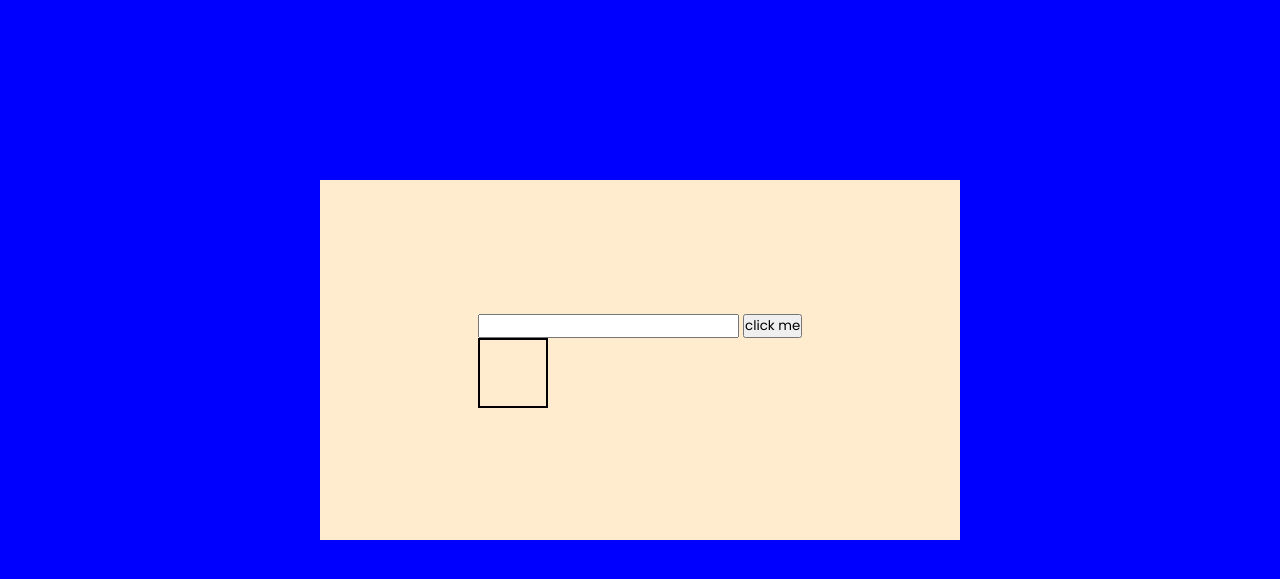
Repository: NarekTovmasyan/promise
Page: inex.html
These files come from the project's save history. The page is drawn as it stood at one moment and after the next save; the edit follows.
The browser window is 1280 px wide. The pictures show the whole page.

Above is the page before, as saved 2022-02-21 20:35:44.

### inex.html
<!DOCTYPE html>
<html lang="en">

<head>
    <meta charset="UTF-8">
    <meta http-equiv="X-UA-Compatible" content="IE=edge">
    <meta name="viewport" content="width=device-width, initial-scale=1.0">
    <title>Document</title>
    <link rel="stylesheet" href="./style.css">
</head>

<body>
    <div class="body">
        <div class="conteiner">
            <div class="main">
                <input type="number">
                <button class="btn">click me</button>
                <div class="table"></div>
            </div>
        </div>
    </div>
    <script src="./script.js"></script>
</body>

</html>

### style.css
@import url('https://fonts.googleapis.com/css2?family=Poppins:wght@200;300;400;500;600;700&display=swap');
* {
    margin: 0;
    padding: 0;
    box-sizing: border-box;
    font-family: 'Poppins', sans-serif;
}

.body {
    background-color: blue;
    position: absolute;
    width: 100%;
    height: 100%;
    display: flex;
    align-items: center;
    justify-content: center;
}

.conteiner {
    background-color: blanchedalmond;
    position: relative;
    width: 50%;
    height: 50%;
    display: flex;
    align-items: center;
    justify-content: center;
}


/* .main{

} */


/* .btn {

} */

.table {
    border: 2px solid black;
    width: 70px;
    height: 70px;
    flex-direction: row;
}

### script.js
// const myBirthday = (isSick) => {
//     return new Promise(function (resolve, reject) {
//       if (!isSick) {
//         setTimeout(() => resolve(2), 2000);
//       } else {
//         reject("I dont have cake :разочарование_облегчение:");
//       }
//     });
//   };
//   const handleCake = async () => {
//     try {
//       let result = await myBirthday(true); // result = 2
//       console.log(`I have ${result} cakes :день_рождения:`);
//     } catch (err) {
//       console.log(err);
//     } finally {
//       console.log("Party");
//     }
//   };
//   handleCake();



// myBirthday(true)
//   .then((result) => console.log(`I have ${result} cakes :день_рождения:`))
//   .catch((err) => console.log(err))
//   .finally(() => console.log("Party"));


// let number = 5;

// function compare(argument) {
//     return new Promise(function(resolve, reject) {
//         if (number > argument) {
//             resolve(number)
//         } else {
//             reject(new Error("oops"))
//         }
//     })
// };
// compare(6).then(function(number) {
//     console.log(number);
// }).catch(function(error) {
//     console.log(error);
// }).finally(() => {
//     console.log("barlus");
// })

After the next save:
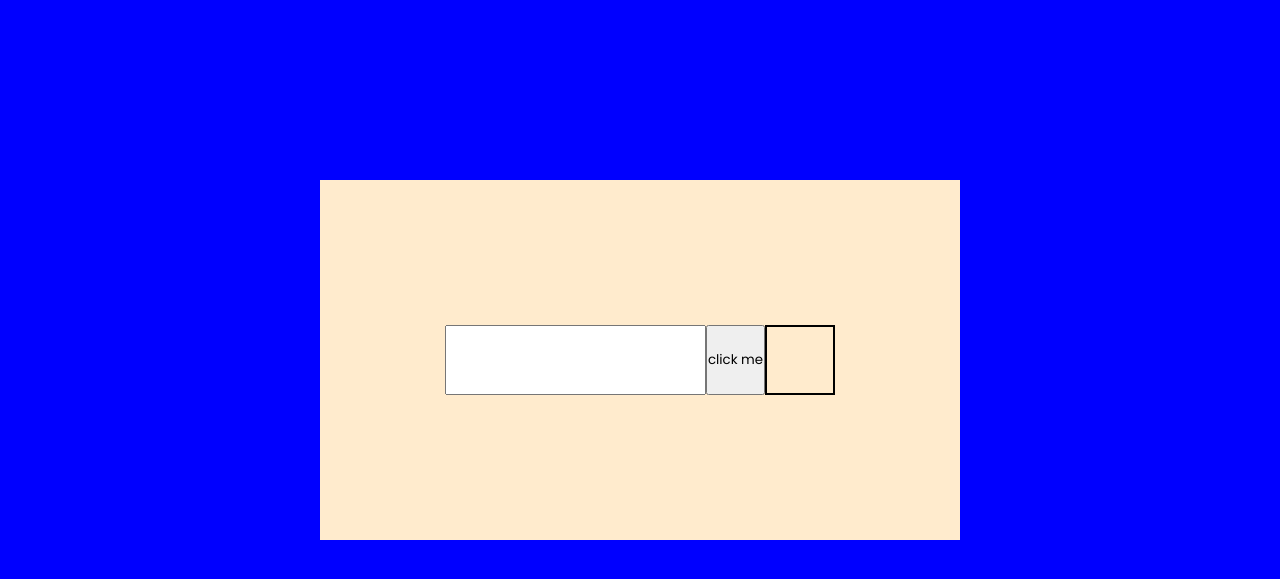
Saved 27 s later.
--- a/style.css
+++ b/style.css
@@ -26,10 +26,10 @@
     justify-content: center;
 }
 
-
-/* .main{
-
-} */
+.main {
+    display: flex;
+    flex-direction: row;
+}
 
 
 /* .btn {
@@ -40,5 +40,4 @@
     border: 2px solid black;
     width: 70px;
     height: 70px;
-    flex-direction: row;
 }
